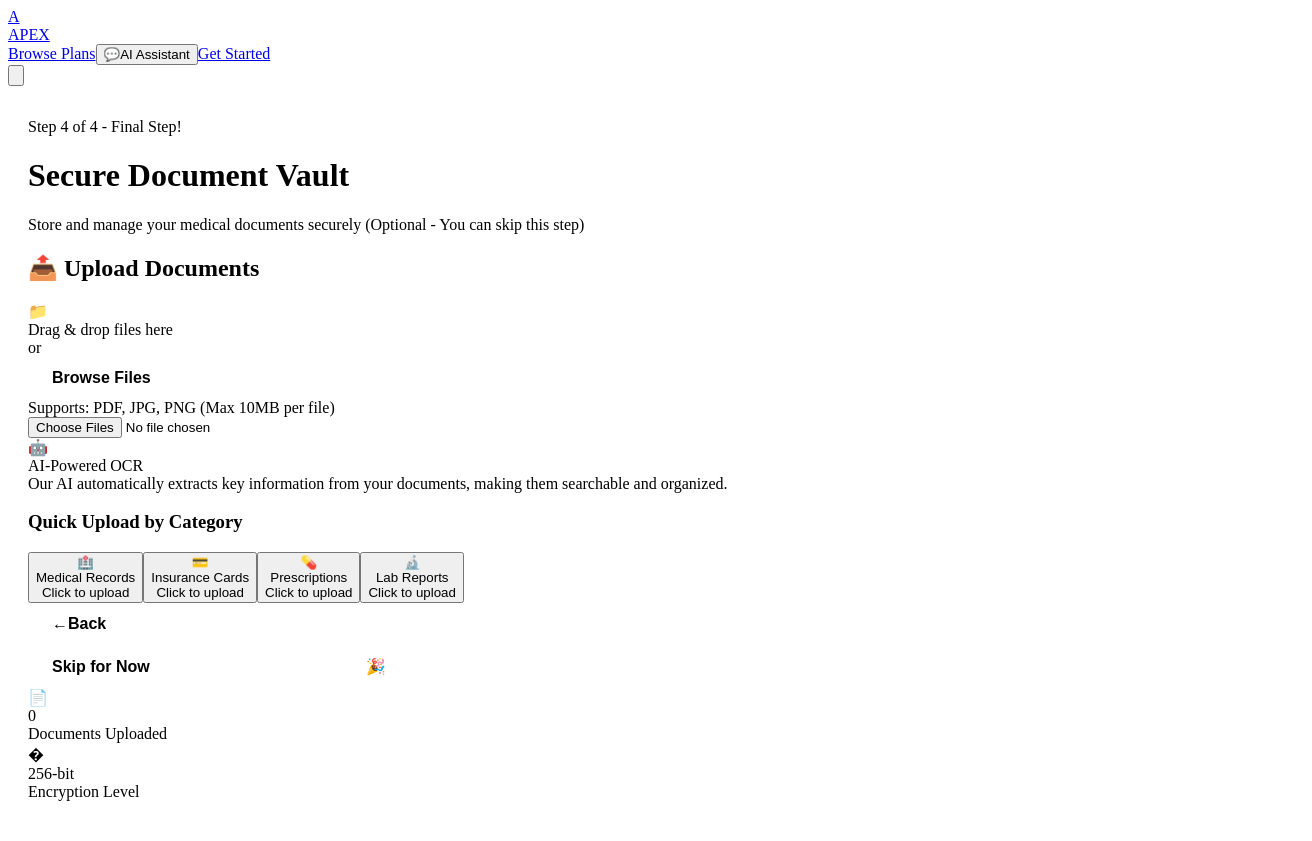
Repository: hmhhmm/Apex-AI-Driven-Insurance-Recommendation-System
Page: /onboarding/documents (app in client/)
These files come from the project's save history. The page is drawn as it stood at one moment and after the next save; the edit follows.
The browser window is 1280 px wide. The page is 1312 px wide, so the pictures cover 1312 px, including what lies to the right of the window. The pictures show the whole page.
The project was rebuilt for these pictures with package versions that can differ from the ones it lists, and the page was loaded fresh each time. Also part of the build but not shown: client/src/components/chat/ChatHeader.tsx, client/src/components/chat/ChatMessages.tsx, client/src/components/chat/QuickActions.tsx, client/src/components/chat/ChatInput.tsx, client/src/components/landing/ParticleBackground.tsx, client/src/components/landing/AnimatedHero.tsx, client/src/components/landing/DashboardCard.tsx, client/src/pages/Landing.tsx and 11 more.

Above is the page before, as saved 2025-11-01 21:07:29.

After the next save:
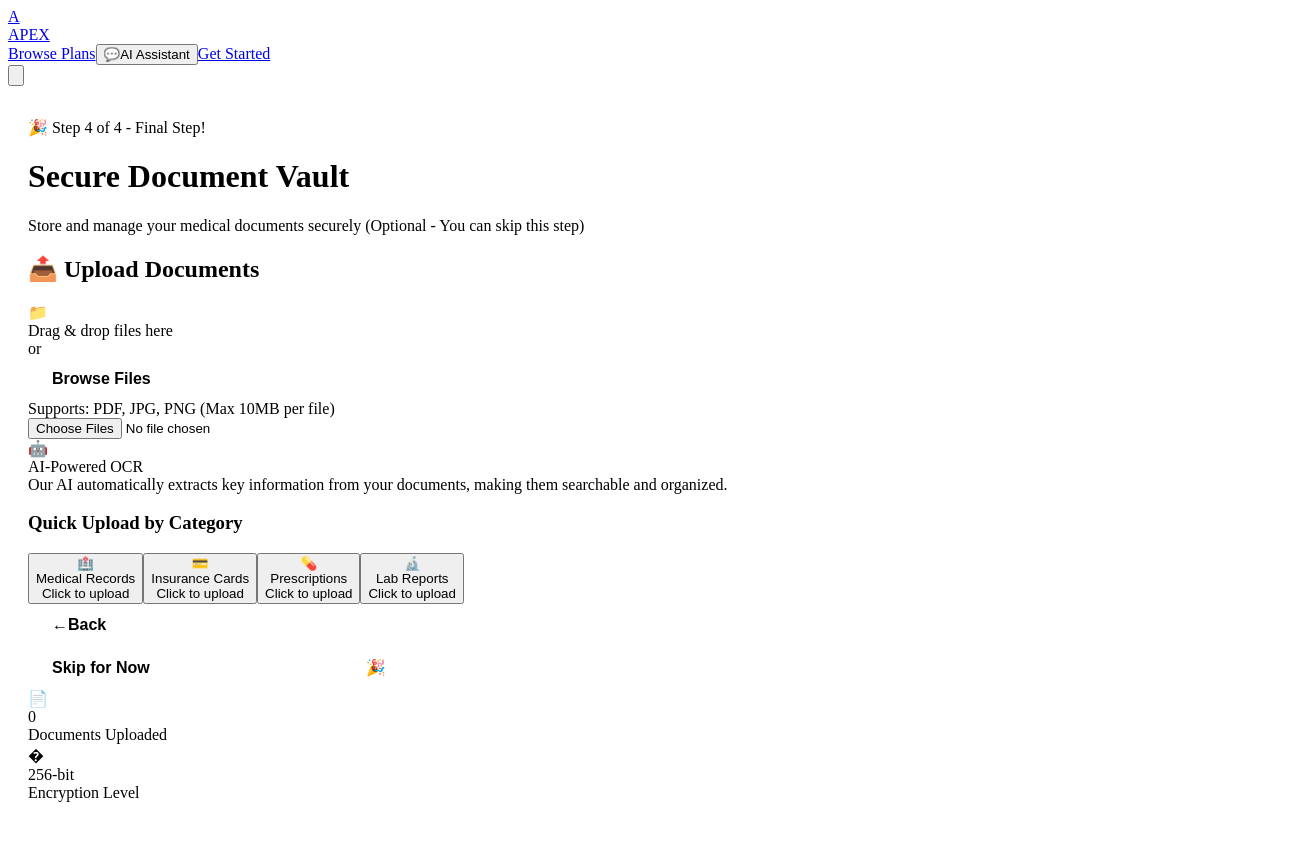
Saved 12 s later.
--- a/client/src/pages/onboarding/DocumentVault/index.tsx
+++ b/client/src/pages/onboarding/DocumentVault/index.tsx
@@ -118,13 +118,18 @@ export default function DocumentVault() {
           animate={{ opacity: 1, y: 0 }}
           className="text-center mb-12"
         >
-          <div className="inline-block mb-4">
-            <span className="px-4 py-2 bg-blue-950/50 text-blue-400 rounded-full text-sm font-semibold border border-blue-800/30">
-              Step 4 of 4 - Final Step!
-            </span>
-          </div>
-          <h1 className="text-4xl md:text-5xl font-bold mb-4">
-            <span className="text-gradient">Secure Document Vault</span>
+          <motion.div
+            initial={{ scale: 0 }}
+            animate={{ scale: 1 }}
+            transition={{ type: "spring", stiffness: 100, delay: 0.2 }}
+            className="inline-block mb-6"
+          >
+            <div className="px-4 py-2 bg-green-500/10 text-green-400 rounded-full text-sm font-semibold border border-green-500/20 backdrop-blur-xl">
+              🎉 Step 4 of 4 - Final Step!
+            </div>
+          </motion.div>
+          <h1 className="text-4xl md:text-6xl font-light mb-4">
+            Secure <span className="font-normal bg-gradient-to-r from-blue-400 to-purple-400 bg-clip-text text-transparent">Document Vault</span>
           </h1>
           <p className="text-xl text-gray-400 max-w-2xl mx-auto">
             Store and manage your medical documents securely (Optional - You can skip this step)
